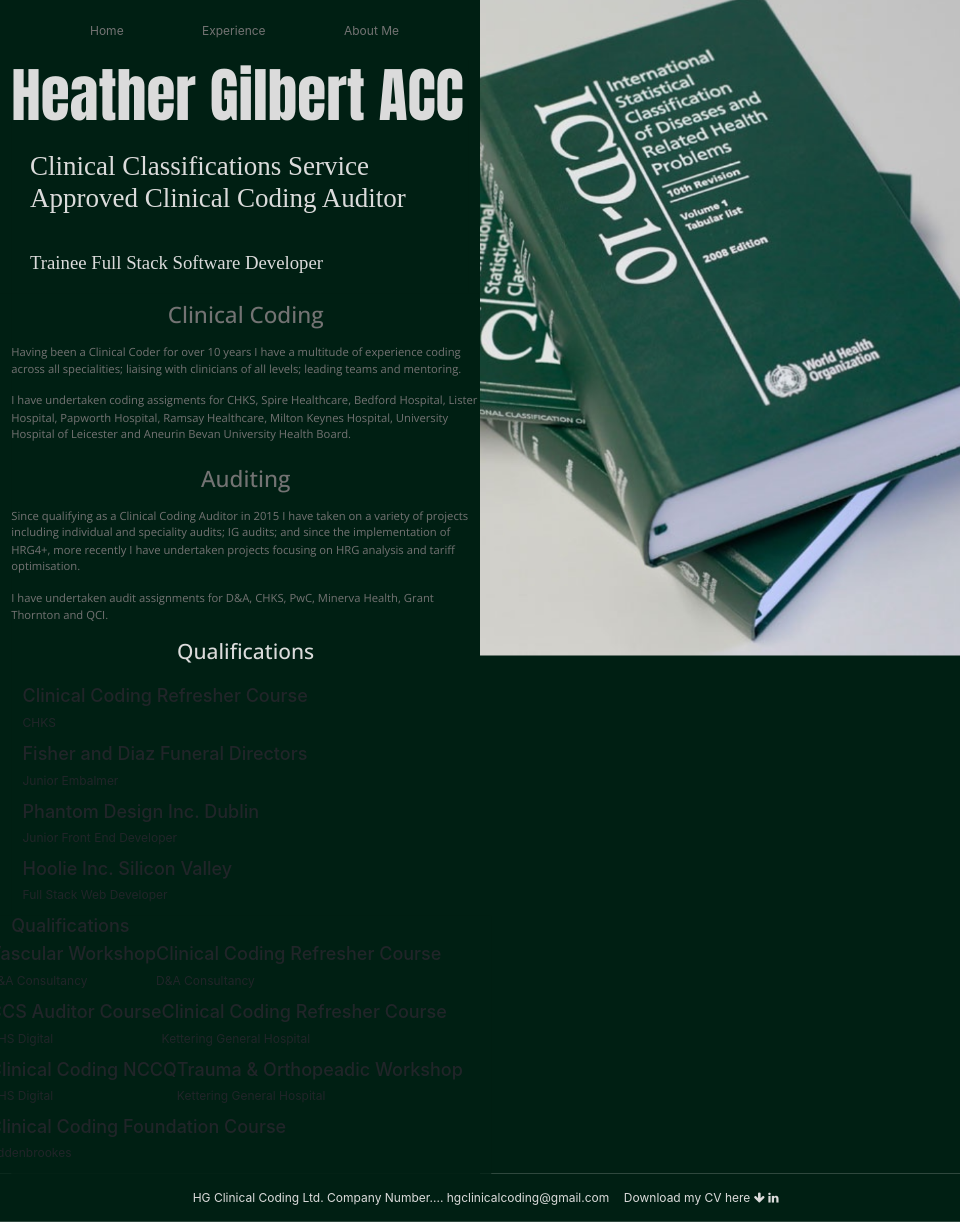
Repository: Code-Institute-Submissions/fsd-ms-project1-resume
Page: resume.html
The author's editor kept a record of every edit. The page is drawn from the files as they stood at one moment, then again after the next edit.
The browser window is 1280 px wide. The pictures show the whole page, at 75% of full size.
Some web fonts or font styles are not loaded; a fallback is used.

Above is the page before.

After the next edit:
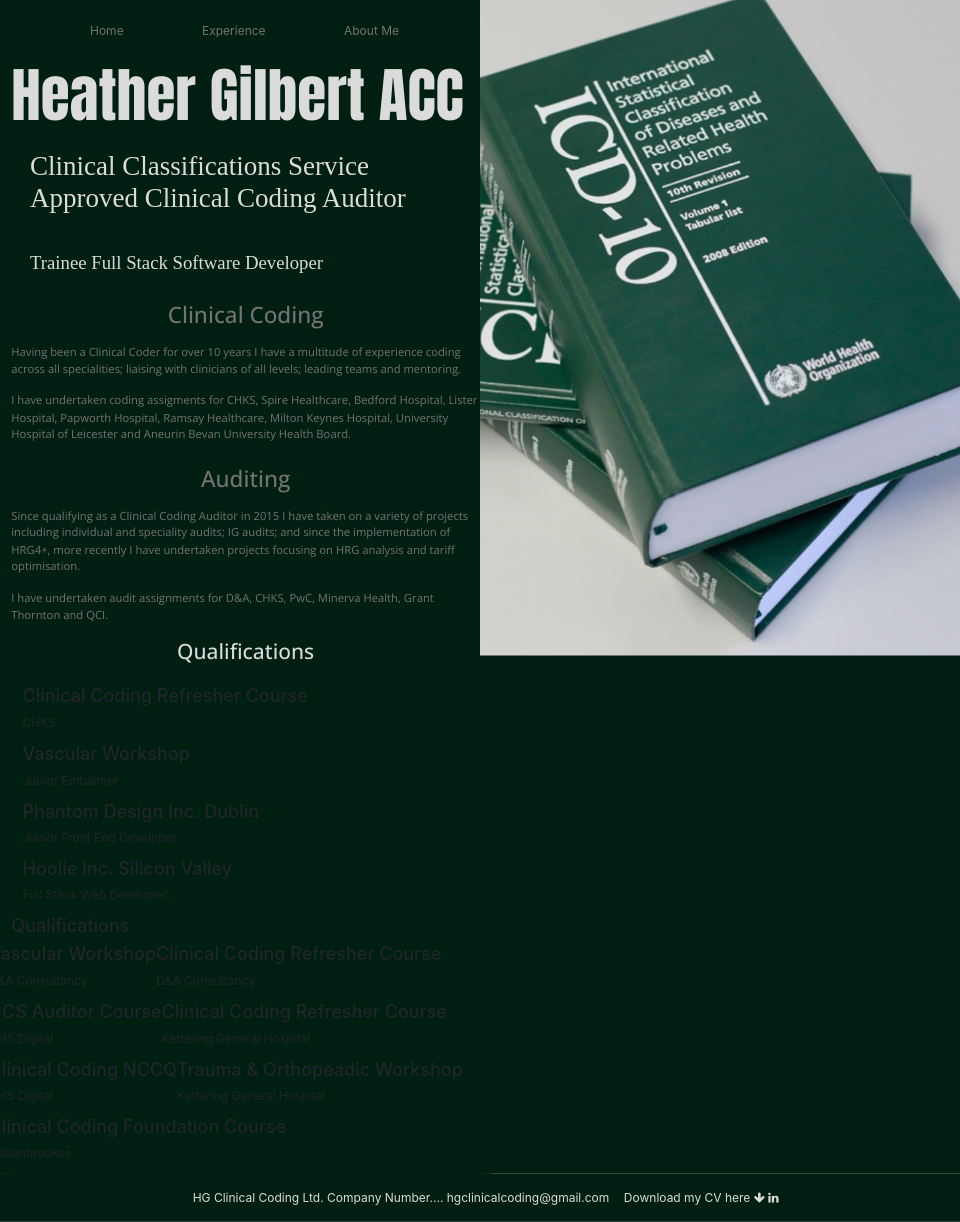
The edit:
--- a/resume.html
+++ b/resume.html
@@ -69,8 +69,8 @@
                             <h4>Clinical Coding Refresher Course</h4>
                             <p>CHKS</p>
                         </div>
-                        <div class="timeline-item" data-dates="04/2004 - 06/2008">
-                            <h4>Fisher and Diaz Funeral Directors </h4>
+                        <div class="timeline-item" data-dates="September 2018">
+                            <h4>Vascular Workshop </h4>
                             <p>Junior Embalmer</p>
                         </div>
                         <div class="timeline-item" data-dates="06/2008 - 06/2011">
